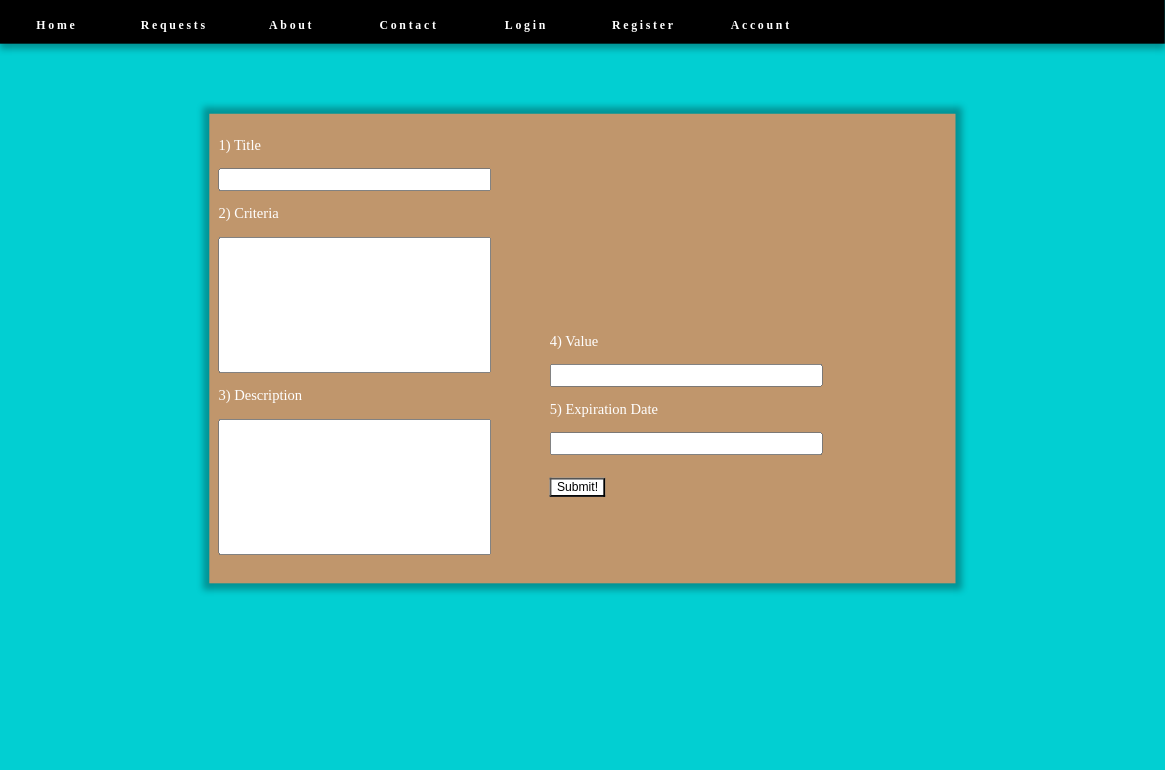
Repository: mailog/Tomorrow
Page: http://localhost/requests
An editor plug-in stored every save of this project. The page is shown before and after the next save, followed by the edit.
The browser window is 1280 px wide. The pictures show the whole page, at 91% of full size.
The page is this project's Thymeleaf template; nobody is signed in. The template is opened directly, without the code that normally fills it, so the values that code supplies are empty.

Above is the page before, as saved 2017-07-30 05:01:15.

After the next save:
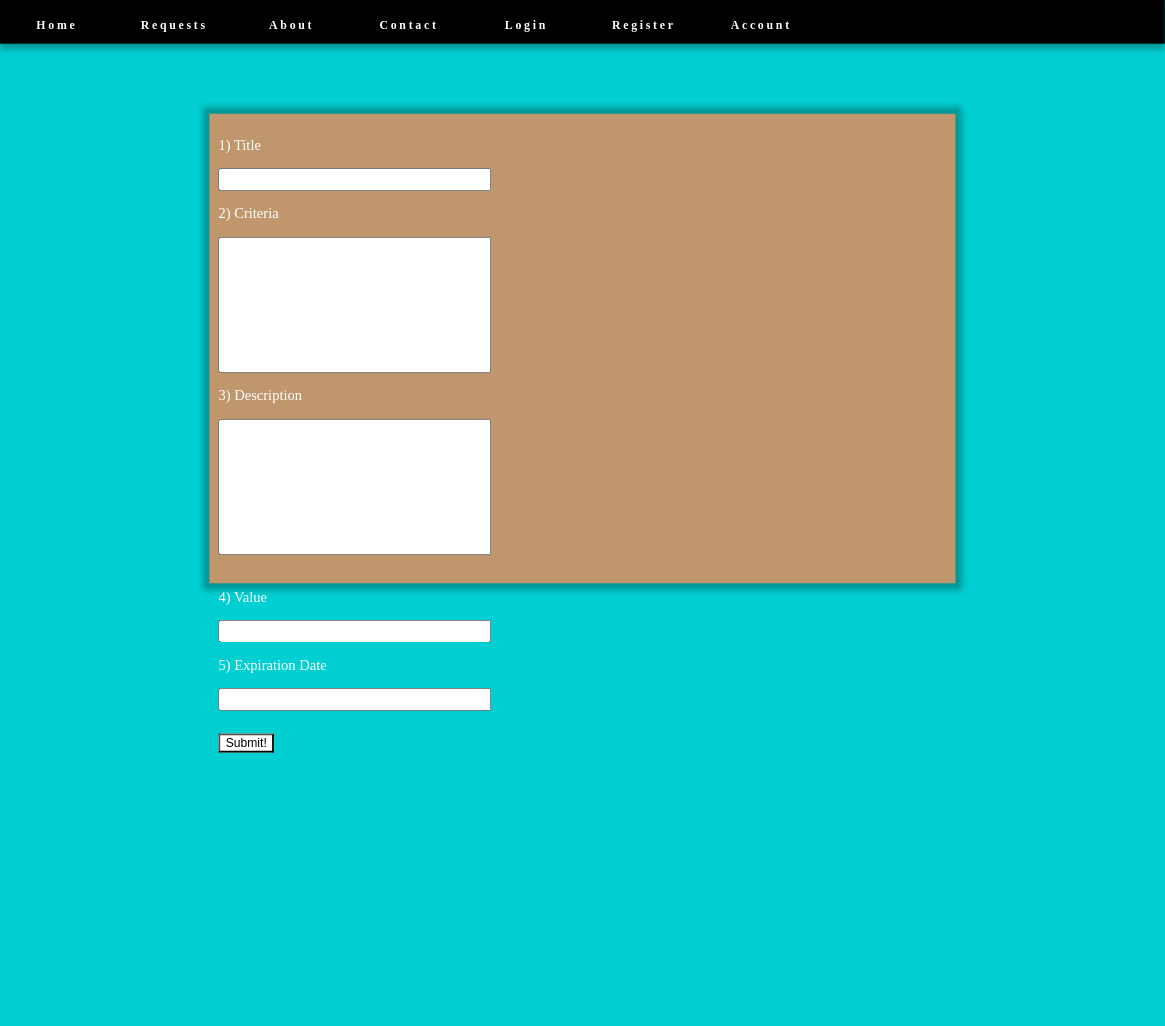
Saved 75 s later.
--- a/Tomorrow/src/main/resources/static/css/requests.css
+++ b/Tomorrow/src/main/resources/static/css/requests.css
@@ -16,13 +16,13 @@
 {
 	height:100%;
 	width:45%;
-	display:inline-block;
+	display:block;
 }
 #column2
 {
 	height:100%;
 	width:45%;
-	display:inline-block;
+	display:-block;
 }
 
 #requests p

After the 2 saves that followed:
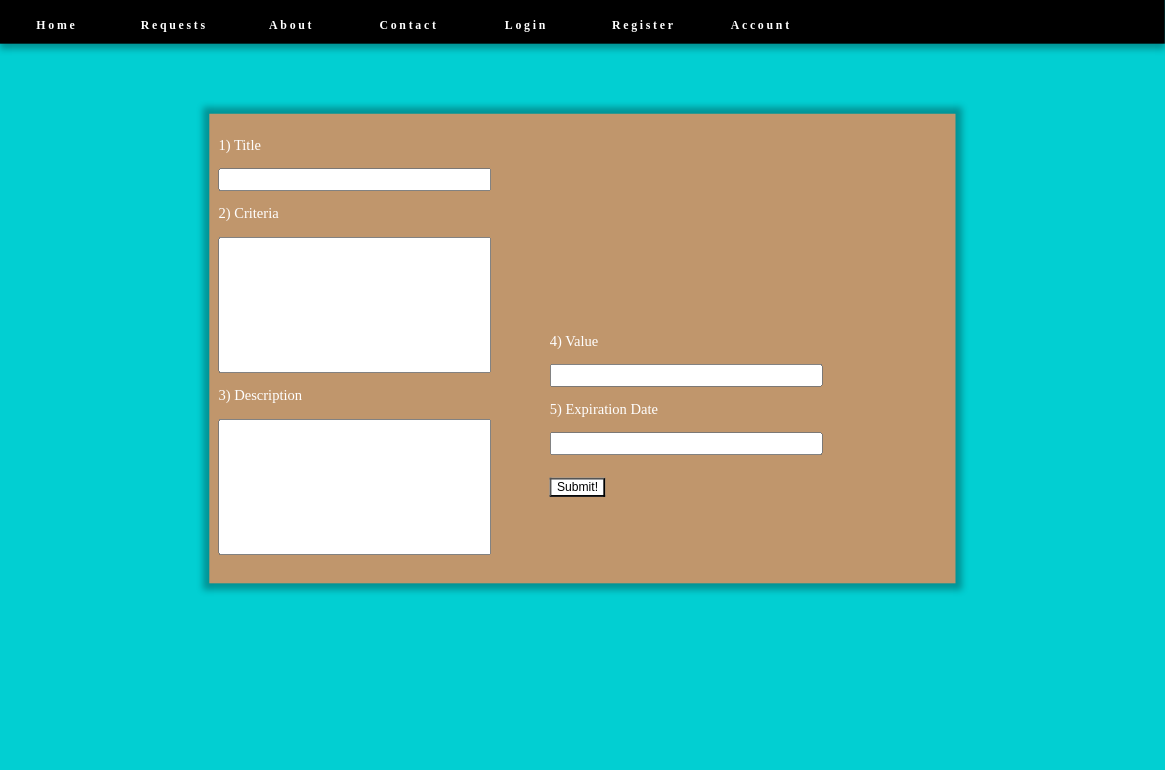
The 2 saves are shown as one change because 1 left the picture as it was.
The last was saved 15 s later.
--- a/Tomorrow/src/main/resources/static/css/requests.css
+++ b/Tomorrow/src/main/resources/static/css/requests.css
@@ -16,13 +16,13 @@
 {
 	height:100%;
 	width:45%;
-	display:block;
+	display:inline-block;
 }
 #column2
 {
 	height:100%;
 	width:45%;
-	display:-block;
+	display:inline-block;
 }
 
 #requests p
